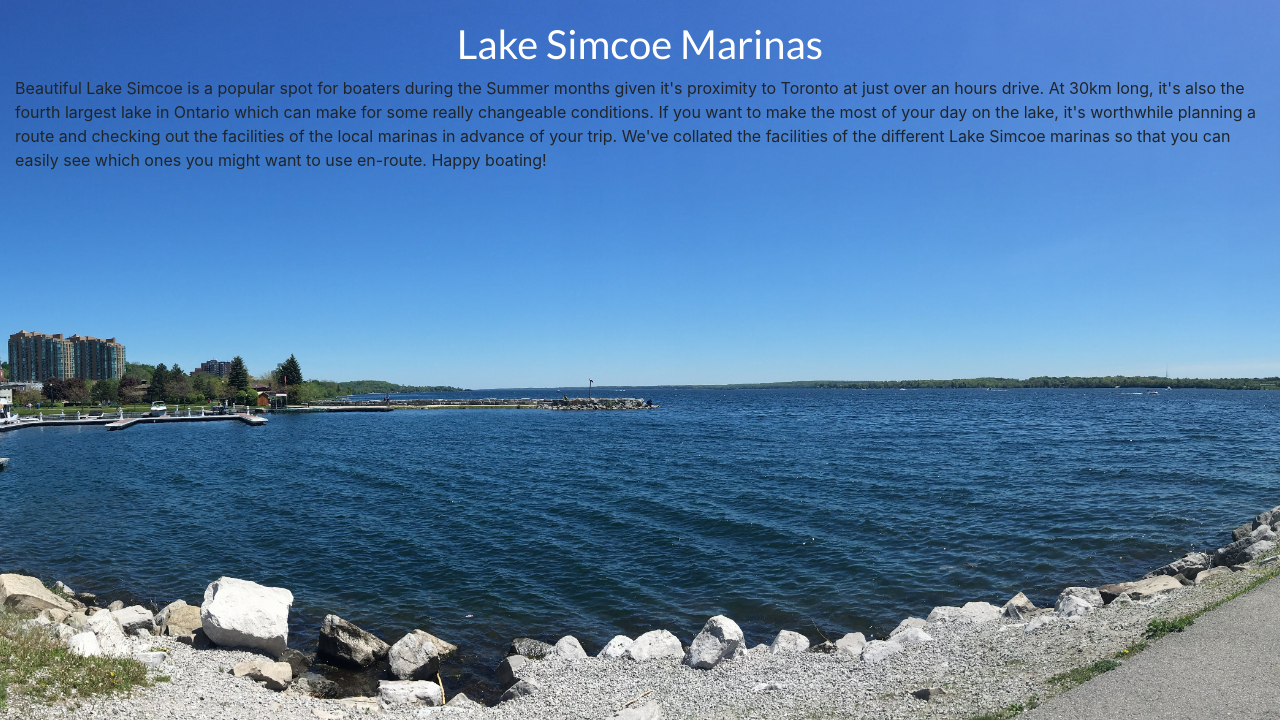
Repository: JayneyNix/milestone-2-interactive-frontend
Page: index.html
The author's editor kept a record of every edit. The page is drawn from the files as they stood at one moment, then again after the next edit.
The browser window is 1280 px wide. The pictures show the whole page.
Some web libraries are served in a nearby version.

Above is the page before.

After the next edit:
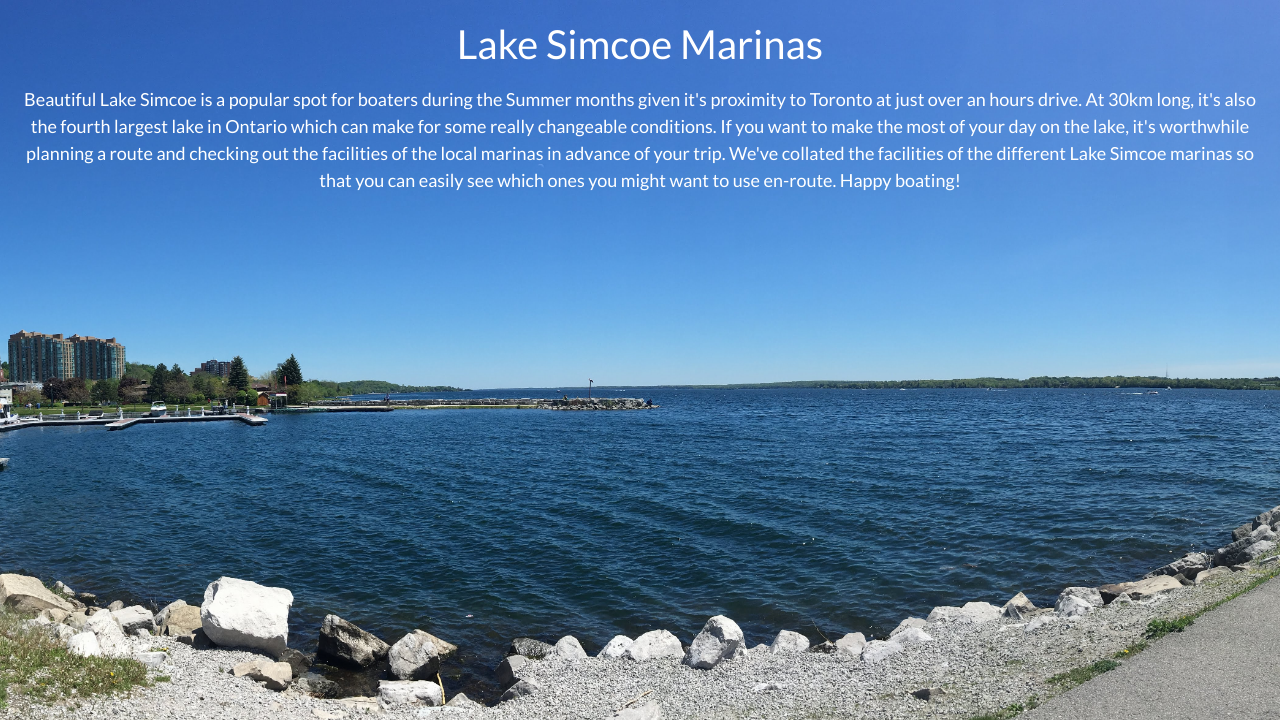
The edit:
--- a/assets/css/style.css
+++ b/assets/css/style.css
@@ -18,3 +18,11 @@
     font-size: 24px;
     color: #fff;
 }
+
+.intro-text {
+    padding-top: 10px;
+    text-align: center;
+    font-family: Lato;
+    font-size: 18px;
+    color: #fff;
+}
